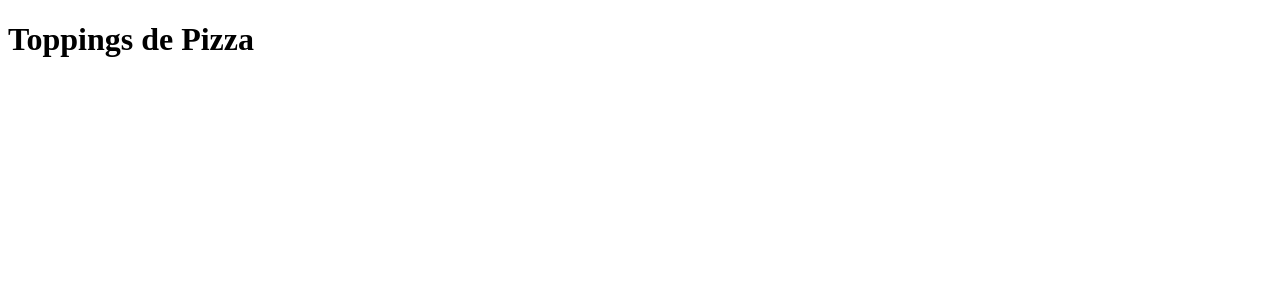
Repository: JoyMoGas/javascript-learn
Page: toppings-de-pizza/index.html
These files come from the project's save history. The page is drawn as it stood at one moment and after the next save; the edit follows.
The browser window is 1280 px wide. The pictures show the whole page.

Above is the page before, as saved 2024-05-07 16:13:11.

After the next save:
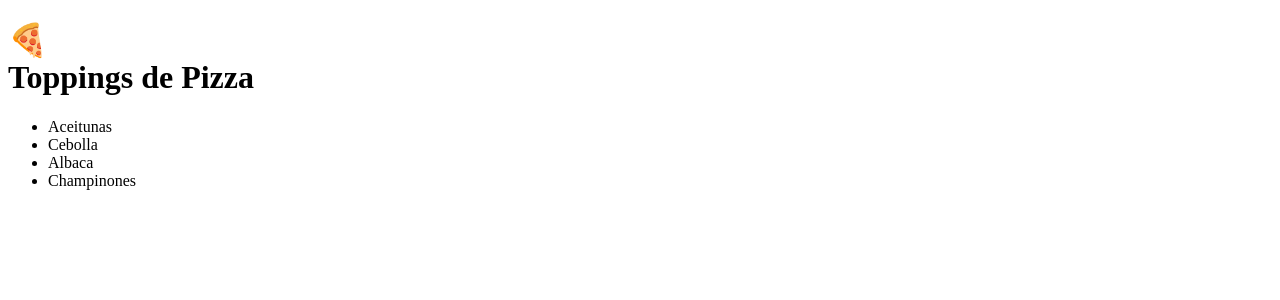
Saved 5 min 57 s later.
--- a/toppings-de-pizza/index.html
+++ b/toppings-de-pizza/index.html
@@ -7,6 +7,15 @@
     <title>Mis Toppings</title>
   </head>
   <body>
-    <h1>Toppings de Pizza</h1>
+    <div id="contenedor">
+      <h1 id="titulo">🍕 <br> Toppings de Pizza</h1>
+      <ul id="lista-toppings">
+        <li class="topping fondo-marron" id="aceitunas">Aceitunas</li>
+        <li class="topping fondo-naranja">Cebolla</li>
+        <li class="topping fondo-marron" id="albaca">Albaca</li>
+        <li class="topping fondo-naranja">Champinones</li>
+      </ul>
+    </div>
+
   </body>
 </html>
